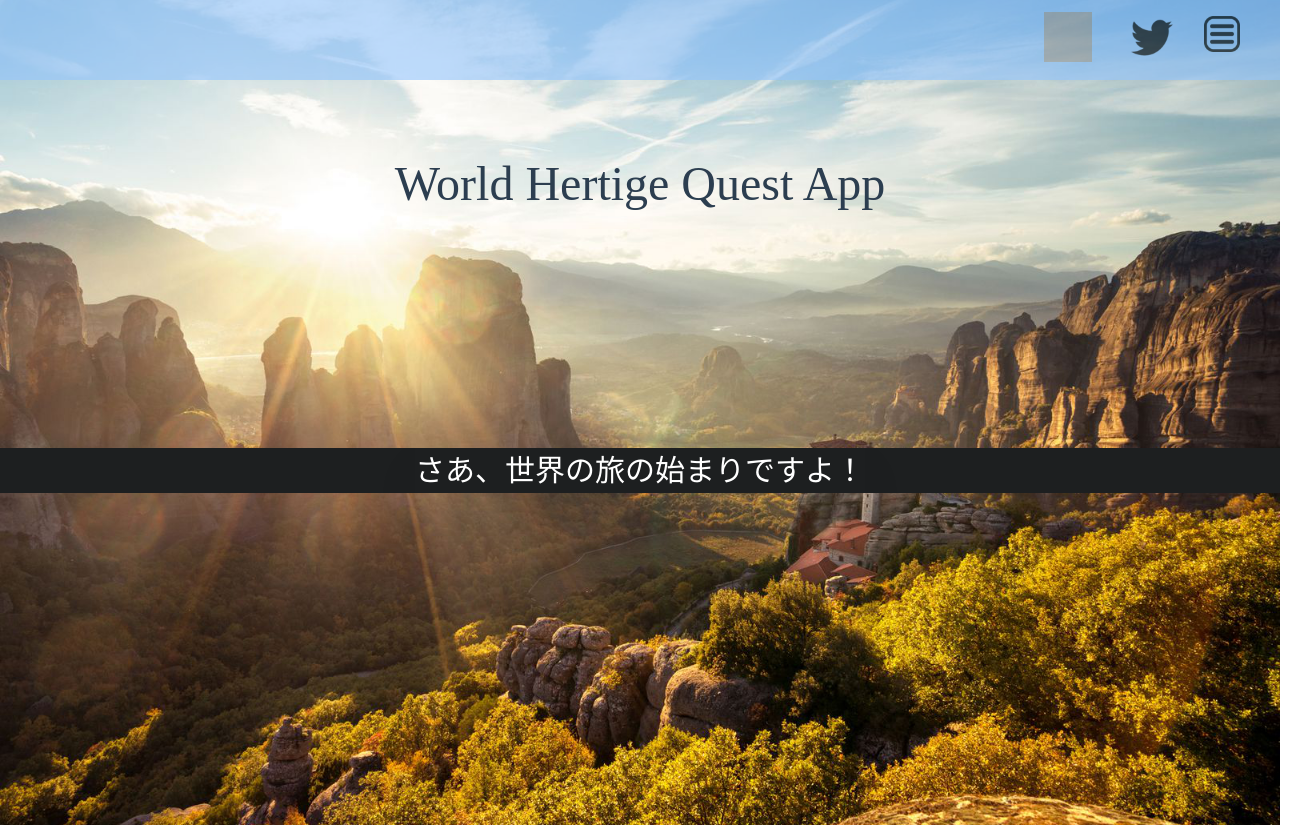
Repository: hashiz008/World-Heritage-Travel-App
Page: /
An editor plug-in stored every save of this project. The page is shown before and after a run of saves, followed by the edit.
The browser window is 1280 px wide. The page is 1280 px wide, then 1292 px, so the pictures cover 1292 px, including what lies to the right of the window. The pictures show the whole page.
Pictures or frames that could not be fetched are drawn as grey boxes. Some web fonts or font styles are not loaded; a fallback is used. The project was rebuilt for these pictures with package versions that can differ from the ones it lists, and the page was loaded fresh each time. Also part of the build but not shown: vue.config.js.

Above is the page before, as saved 2022-01-25 11:35:47.

### src/App.vue
<template>
    <div id="nav"></div>
    <router-view />
</template>

<style>
#app {
    font-family: Avenir, Helvetica, Arial, sans-serif;
    -webkit-font-smoothing: antialiased;
    -moz-osx-font-smoothing: grayscale;
    text-align: center;
    color: #2c3e50;
}

#nav {
    padding: 30px;
}

#nav a {
    font-weight: bold;
    color: #2c3e50;
}

#nav a.router-link-exact-active {
    color: #42b983;
}
</style>

### src/router/index.ts
import { createRouter, createWebHistory, RouteRecordRaw } from 'vue-router'
import TopPage from '../views/TopPage.vue'

const routes: Array<RouteRecordRaw> = [
  {
    path: '/',
    name: 'TopPage',
    component: TopPage
  },
  {
    path: '/mainPage',
    name: 'MainPage',
    // route level code-splitting
    // this generates a separate chunk (about.[hash].js) for this route
    // which is lazy-loaded when the route is visited.
    component: () => import(/* webpackChunkName: "about" */ '../views/MainPage.vue')
  }
]

const router = createRouter({
  history: createWebHistory(process.env.BASE_URL),
  routes
})

export default router

### src/views/TopPage.vue
<template>
    <div class="backImgDiv">
        <div class="backImg">
            <div class="menu bg-blue-300 opacity-60 pr-10 flex justify-end">
                <input id="nav-input" type="checkbox" class="input invisible" />
                <div
                    class="rounded-full hover:bg-blue-100 hover:opacity-80 w-14 h-14 mt-1 mr-7 pt-2 pl-2"
                >
                    <a href="https://github.com/hashiz008"
                        ><img
                            class="cursor-pointer githubIcon"
                            src="../img//githubIcon.png"
                            alt="githubIcon"
                    /></a>
                </div>
                <div
                    class="rounded-full hover:bg-blue-100 hover:opacity-80 w-14 h-14 mr-7 mt-1 pt-2 pl-2"
                >
                    <a href="https://twitter.com/hashiz008"
                        ><img
                            class="cursor-pointer twitterIcon"
                            src="../img//twitterIcon2.png"
                            alt="twitter"
                    /></a>
                </div>
                <label for="nav-input"
                    ><img
                        class="cursor-pointer mt-4 w-9 h-9"
                        src="../img/menuIcon.png"
                        alt="menuIcon"
                /></label>
                <div class="detail pt-10 text-white">
                    <h2 class="text-4xl">世界遺産探検アプリの紹介</h2>
                    <p class="pt-5 text-2xl">
                        このアプリは好きな数字を入力してshowボタンを押すと世界遺産の画像と名前、国名が表示されます。
                    </p>
                    <p class="pt-5 text-2xl">
                        また,それと連動してGoogleMapにピンポイントでその遺産がある場所にMarkerされます。そしてダウンロードボタンを押すと画像がダウンロードされます。
                    </p>
                    <ul class="pt-5">
                        <li class="text-2xl">ヨーロッパ編: 0~10</li>
                        <li class="text-2xl">アメリカ編: 11~20</li>
                        <li class="text-2xl">アジア編: 21~30</li>
                    </ul>
                    <p class="text-2xl pt-3">
                        いずれデータを追加する予定です。
                    </p>
                </div>
            </div>
            <div class="titleDiv flex justify-center pt-40">
                <h1 class="title text-5xl">World Hertige Quest App</h1>
            </div>
            <div class="startBtn startBtns flex justify-center">
                <!-- <router-link
                    class="shadow-2xl text-white hover:opacity-70 hover:border-blue-800 hover:bg-blue-600 rounded-full py-2 px-4 border-2 border-blue-500"
                    to="/mainPage"
                    >さあ、世界の旅の始まりですよ！</router-link
                > -->
                <router-link class="router shadow-2xl text-white" to="/mainPage"
                    >さあ、世界の旅の始まりですよ！</router-link
                >
            </div>
        </div>
    </div>
</template>

<script>
// @ is an alias to /src
export default {
    name: "Home",
};
</script>

<style scoped="lang">
@import url("https://fonts.googleapis.com/css2?family=M+PLUS+2:wght@700&family=Playfair+Display:wght@500&display=swap");
@import url("https://fonts.googleapis.com/css?family=Raleway:200");
.backImgDiv {
    margin-top: -60px;
}
.backImg {
    background-image: url("../assets/startPage.png");
    background-repeat: no-repeat;
    background-size: cover;
    background-position: center center;
    width: 100%;
    height: 825px;
}
.menu {
    position: fixed;
    width: 100%;
    height: 80px;
}
.detail {
    width: 100%;
    height: 100%;
    position: fixed;
    left: 0;
    margin-top: 80px;
    display: none;
    background-color: #112129;
    animation: detail 2s;
}
@keyframes detail {
    0% {
        transform-origin: bottom;
        transform: scaleY(0);
    }
}
#nav-input:hover ~ .detail {
    display: block;
}
#input:hover ~ .titleDiv {
    display: none;
}
.titleDiv {
    animation: title 2s;
}
@keyframes title {
    0% {
        transform: rotate(0deg);
    }
    100% {
        transform: rotate(360deg);
    }
}
.title {
    font-family: "Libre Baskerville", serif;
}
.githubIcon {
    width: 50px;
    height: 50px;
}
.twitterIcon {
    width: 50px;
    height: 50px;
}
.startBtn {
    font-size: 30px;
    margin-top: 15rem;
}
.startBtn {
     /* --borderWidth: 3px; */
     background: #1d1f20;
     position: relative;
     border-radius: var(--borderWidth);
}
.startBtn:after {
    content: "";
    position: absolute;
    top: calc(-1 * var(--borderWidth));
    left: calc(10 * var(--borderWidth));
    height: calc(100% + var(--borderWidth) * 2);
    width: calc(100% + var(--borderWidth) * 2);
    background: linear-gradient(
        60deg,
        #f79533,
        #f37055,
        #ef4e7b,
        #a166ab,
        #5073b8,
        #1098ad,
        #07b39b,
        #6fba82
    );
    border-radius: calc(2 * var(--borderWidth));
    z-index: 1;
    animation: animatedgradient 3s ease alternate infinite;
    background-size: 300% 300%;
}

@keyframes animatedgradient {
    0% {
        background-position: 0% 50%;
    }
    50% {
        background-position: 100% 50%;
    }
    100% {
        background-position: 0% 50%;
    }
}
</style>

Loaded but not shown: src/main.ts (common file); src/index.css (common file); tailwind.config.js (common file)

After the next 2 saves:
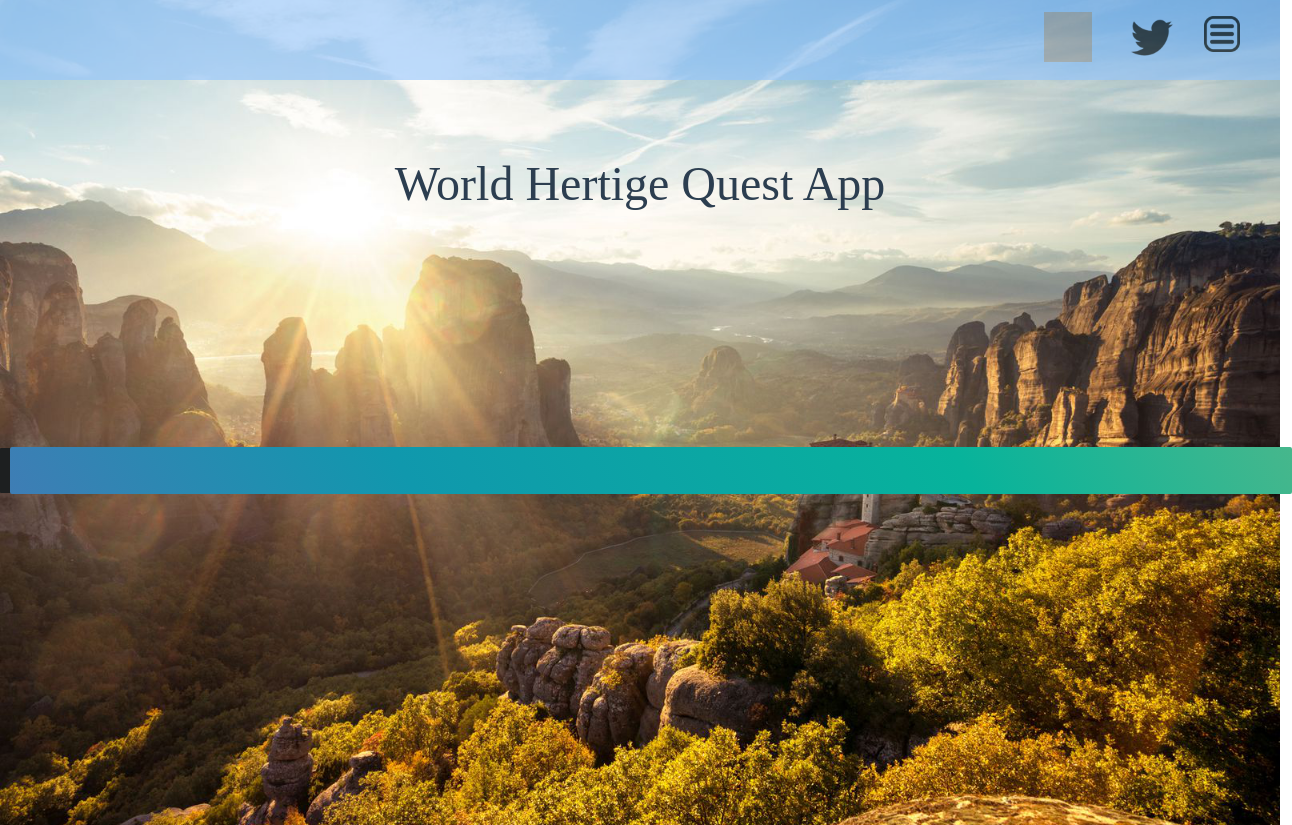
The 2 saves are shown as one change because they came seconds apart.
The last was saved 6 s later.
--- a/src/views/TopPage.vue
+++ b/src/views/TopPage.vue
@@ -139,7 +139,7 @@ export default {
     margin-top: 15rem;
 }
 .startBtn {
-     /* --borderWidth: 3px; */
+     --borderWidth: 1px;
      background: #1d1f20;
      position: relative;
      border-radius: var(--borderWidth);
